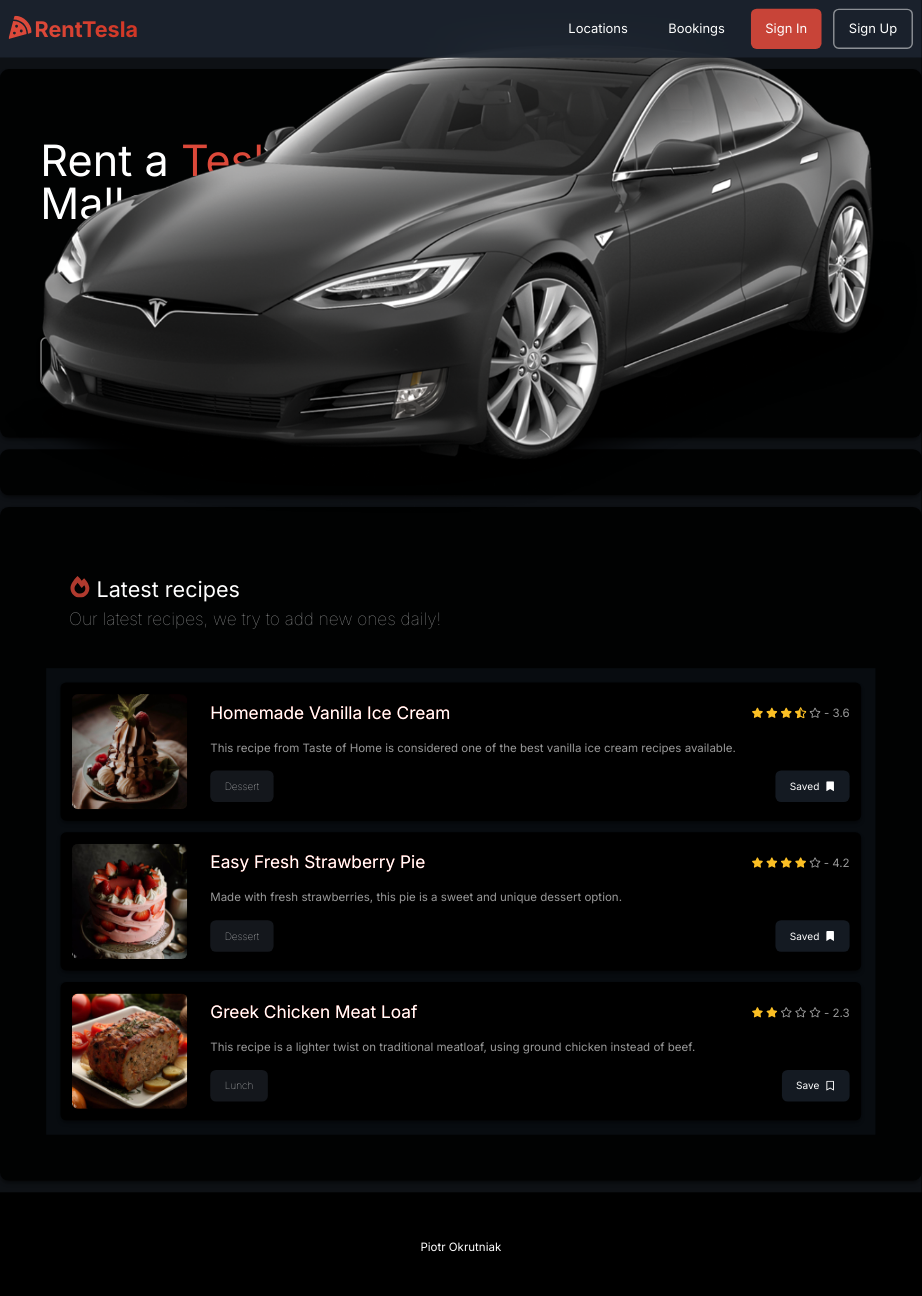
Repository: piotrokrutniak/RentallApp.UI
Page: /
These files come from the project's save history. The page is drawn as it stood at one moment and after the next save; the edit follows.
The browser window is 1280 px wide. The pictures show the whole page, at 72% of full size.
The project was rebuilt for these pictures with package versions that can differ from the ones it lists, and the page was loaded fresh each time. The framework's server and built-in components were replaced by stand-ins that run in the browser. Also part of the build but not shown: next.config.js.

Above is the page before, as saved 2023-10-05 21:07:45.

### src/app/layout.tsx
import './globals.css'
import type { Metadata } from 'next'
import { Inter } from 'next/font/google'
import NavBar from './components/navbar/navbar'
import Footbar from './components/footbar/footbar'

const inter = Inter({ subsets: ['latin'] })

export const metadata: Metadata = {
  title: 'Recipefy',
  description: 'Website with the tastiest recipes!',
}

export default function RootLayout({
  children,
}: {
  children: React.ReactNode
}) {
  return (
    <html lang="en">
      <body className={`${inter.className} bg-black`}>
        <div className="bg-slate-600/20 min-h-screen pb-4">
        <NavBar/>
        {children}
        </div>
        <Footbar/>
      </body>
    </html>
  )
}

### src/app/page.tsx
import Image, { StaticImageData } from 'next/image'
import { FaMugHot, FaCookieBite, FaHamburger, FaFireAlt, FaBookmark, FaRegBookmark } from 'react-icons/fa'
import CookingSvg from './components/svgComponents/CookingSvg'
import Rating from './components/generic/rating'
import Button from './components/generic/button'
import tesla from '../../public/media/tesla-mirrored.png'
import lunch from '../../public/media/lunch.jpg'
import dessert from '../../public/media/dessert.jpg'
import strawberryCake from '../../public/media/recipes/strawberryCake.jpg'
import greekMeatLoaf from '../../public/media/recipes/greekMeatLoaf.jpg'
import vanillaIceCream from '../../public/media/recipes/vanillaIceCream.jpg'
import { useState } from 'react'
import { RecipeListing } from './components/generic/recipeListing'
import { Input } from 'postcss'
import SearchBar from './components/generic/searchBar'

export default function Home() {
  return (
    <main className="flex flex-col m-auto gap-4">
      <section id="header-section" className='max-w-7xl bg-black/90 m-auto w-full px-14 py-8 rounded-xl mt-4 shadow-md shadow-black/40'>
        <div className="sm:p-8 pb-14 flex justify-between">

        </div>
        <div className='w-full flex justify-between'>
          <div className="flex flex-col gap-10 justify-between pb-10 text-white">
          <h1 className="text-5xl md:text-6xl"> Rent a <span className="text-vermilion-400">Tesla</span> on Mallorca. </h1>
          <Button className="w-fit py-4 rounded-lg shadow-md shadow-black hover:bg-vermilion-500 bg-transparent capitalize border-white/50 hover:border-vermilion-500 border-2 text-2xl">
            Book Now
          </Button>
          </div>
          <div className="relative w-full h-96 left-0 flex gap-10 pt-3 overflow-x-auto m-auto justify-around select-none pb-10">
              <Image src={tesla} layout="fill" objectFit="contain" alt="Breakfast Photo" className="h-96 group-hover:opacity-50"/>
          </div>
        </div>
      </section>

      <section id="searchbar-section" className='max-w-7xl bg-black/90 px-7 m-auto w-full p-8 sm:px-16 rounded-xl shadow-md shadow-black/40 flex-col'>
        <Image src={tesla} layout="fill" objectFit="contain" alt="Breakfast Photo" className="h-96 group-hover:opacity-50"/>
      </section>

      <section id="top-picks-section" className='max-w-7xl bg-black/90 m-auto w-full sm:p-8 rounded-xl shadow-md shadow-black/40 flex-col'>
        <div className="lg:p-8 pb-14 flex flex-col gap-5">
          <div className="p-8">
            <h1 className="text-3xl text-white flex gap-2 pb-2" > <FaFireAlt className="opacity-80 fill-vermilion-400"/> Latest recipes</h1>
            <p className="text-2xl font-thin text-white/60 flex gap-2" > Our latest recipes, we try to add new ones daily!</p>
          </div>
          <div className="w-full h-fit p-5 bg-slate-800/25 flex flex-col gap-4">
            <RecipeListing title="Homemade Vanilla Ice Cream"
              desc="This recipe from Taste of Home is considered one of the best vanilla ice cream recipes available."
              image={vanillaIceCream}
              rating={3.6}
              saved={true}
              tags={["Dessert"]}/>
            <RecipeListing title="Easy Fresh Strawberry Pie"
              desc="Made with fresh strawberries, this pie is a sweet and unique dessert option."
              image={strawberryCake}
              rating={4.2}
              saved={true}
              tags={["Dessert"]}/>
            <RecipeListing title="Greek Chicken Meat Loaf"
              desc="This recipe is a lighter twist on traditional meatloaf, using ground chicken instead of beef."
              image={greekMeatLoaf}
              rating={2.3}
              saved={false}
              tags={["Lunch"]}/>
          </div>
        </div>
      </section>
    </main>
  )
}

### src/app/globals.css
@tailwind base;
@tailwind components;
@tailwind utilities;

:root {}

@media (prefers-color-scheme: dark) {
  :root {}
}

body {}

### src/app/components/navbar/navbar.tsx
"use client"

import { FaPizzaSlice, FaBars } from "react-icons/fa"
import { BsX } from "react-icons/bs"
import Button from "../generic/button"
import { useState } from "react"
import Link from "next/link"


export default function NavBar(){
    const [showMobile, setShowMobile] = useState(false)

    return(
        <div className="bg-black/80 sticky top-0 z-20 backdrop-blur-xl">
            <div className="w-full flex bg-slate-700/50 ">
                <div className="p-3 m-auto w-full flex max-w-7xl justify-between items-center">
                    <Link href="/">
                    <div className="flex gap-1 h-fit select-none cursor-pointer active:opacity-80 hover:border-b-2 hover:pb-1 active:pb-0
                            border-opacity-0 border-vermilion-400 hover:border-opacity-100 border-b-0 transition-all">
                        <FaPizzaSlice className="h-full w-8 fill-vermilion-400"/>
                        <h1 className="text-3xl font-bold text-transparent bg-clip-text bg-gradient-to-r from-vermilion-400 to-vermilion-500">RentTesla</h1>
                    </div>
                    </Link>
                    <div className="hidden text-lg gap-4 md:flex">
                        <Button className="text-white bg-transparent active:bg-slate-100/5 hover:bg-slate-100/5 shadow-black/40 hover:shadow-md"
                            onClick={undefined}>
                            Locations
                        </Button>
                        <Button className="text-white bg-transparent active:bg-slate-100/5 hover:bg-slate-100/5 shadow-black/40 hover:shadow-md"
                            onClick={undefined}>
                            Bookings
                        </Button>
                        <Button className="text-white bg-vermilion-400 shadow-black/40 hover:shadow-md"
                            onClick={undefined}>
                            Sign In
                        </Button>
                        <Button className="text-white bg-transparent capitalize border-2 border-white/50 hover:border-vermilion-400 hover:text-vermilion-400
                            active:opacity-80 shadow-black/40 hover:shadow-md"
                            onClick={undefined}>
                            Sign Up
                        </Button>
                    </div>
                    <div className="md:hidden">
                        <FaBars className="h-10 w-10 fill-white cursor-pointer hover:fill-vermilion-400 active:opacity-80" onClick={() => setShowMobile(true)}/>
                    </div>
                    <div className={`${showMobile ? "" : "translate-x-full"} absolute w-screen h-screen bg-black left-0 top-0 md:hidden transition-all z-50 ease-in-out`}>
                    <div id="mobile-header" className="flex flex-row-reverse w-full">
                        <BsX className="fill-white w-16 h-16 cursor-pointer hover:fill-vermilion-400" onClick={() => setShowMobile(false)}/>
                    </div>
                    <div id="mobile-body">XDDDDDDDDDDDDDDDDD</div>
                    </div>
                </div>
            </div>
        </div>
    )
}

### src/app/components/footbar/footbar.tsx
export default function Footbar(){
    return(
        <div className="w-full h-20 bg-black mt-16 text-center text-white">
            Piotr Okrutniak
        </div>
    )
}

### src/app/components/generic/button.tsx
import { MouseEventHandler } from "react";

export default function Button({ children, className, onClick, disabled } : { children: React.ReactNode, className: string, onClick: undefined | MouseEventHandler<HTMLButtonElement>, disabled?: boolean }){
    return(
        <button className={`${className} px-5 py-3 rounded-lg bg-blue-500 bg-opacity-90 active:bg-opacity-80 hover:bg-opacity-100 cursor-pointer transition-all flex items-center gap-2 place-items-center`}
            onClick={onClick}
            disabled={disabled}>
            {children}
        </button>
    )
}

### src/app/components/generic/recipeListing.tsx
"use client";
import Image, { StaticImageData } from "next/image"
import Rating from "./rating"
import Button from "./button"
import { FaMugHot, FaCookieBite, FaHamburger, FaFireAlt, FaBookmark, FaRegBookmark } from 'react-icons/fa'
import { useState } from "react"

export function RecipeListing({rating = 0, title, desc, tags, image, saved,}:
    {rating: number | undefined, title: string | undefined, desc: string | undefined, tags: string[], image: StaticImageData | string, saved: boolean }){
      const [isSaved, setSaved] = useState(saved)

      return(
        <div className="w-full p-4 md:h-48 bg-black hover:bg-slate-500/20 rounded-lg shadow-md shadow-black/40 flex flex-col md:flex-row md:justify-between gap-8 items-center text-white group">
          <div className='h-64 w-full md:w-40 md:h-40 shrink-0 rounded-lg overflow-hidden relative cursor-pointer'>
            <Image src={image} layout="fill" objectFit="cover" alt="Breakfast Photo"/>
          </div>
          <div className="h-fit w-full items-center">
            <div className="flex justify-between items-center">
              <h1 className="text-2xl cursor-pointer bg-clip-text hover:text-transparent bg-gradient-to-r from-vermilion-500 to-vermilion-400">{title ?? "Recipe Name"}</h1>
              <Rating rating={rating}/>
            </div>
            <div className="flex justify-between items-center pt-5">
              <p className="text-white/60">{desc ?? "Description"}</p>
            </div>
            <div className="flex justify-between items-center pt-5">
              {tags.map(x => <Button className="bg-slate-500/20 hover:bg-slate-500/40 text-sm font-thin py-1" onClick={undefined}>{x}</Button>)}
              <Button className="bg-slate-700/40 hover:bg-vermilion-500/90 active:opacity-80 text-sm font-normal py-1 transition-all flex items-center gap-2"
                onClick={() => setSaved(x => !x)}>
                {isSaved ? <>Saved <FaBookmark/></> : <>Save <FaRegBookmark/></>}
                </Button>
            </div>
          </div>
        </div>
      )
  }

### src/app/components/generic/rating.tsx
import { FaStar, FaStarHalf, FaStarHalfAlt, FaRegStar} from 'react-icons/fa'
import { IconType } from 'react-icons'

export default function Rating({rating = 0,}: {rating: number | undefined | void}){
    const defaultRating: boolean[] = [false, false, false, false, false]

    const initRating: number = rating

    const ratings: React.JSX.Element[] = []

    for(let i: number = 0; i < 5; i++){
        rating >= 1 ?  ratings.push(<Star filled={true}/>) : ratings.push(rating >= 0.5 ? <HalfStar/> : <Star filled={false}/>)
        rating -= 1;
    }



    return(
        <div className="flex gap-1 items-center shrink-0 text-white/60">
            {ratings} - {initRating}
        </div>
    )
}

function Star({filled = false,}: {filled: boolean}){
    return filled ? <FaStar className="fill-amber-400"/> : <FaRegStar/>
}

function HalfStar(){
    return <FaStarHalfAlt className="fill-amber-400"/>
}

### tailwind.config.js
/** @type {import('tailwindcss').Config} */
module.exports = {
  content: [
    './src/pages/**/*.{js,ts,jsx,tsx,mdx}',
    './src/components/**/*.{js,ts,jsx,tsx,mdx}',
    './src/app/**/*.{js,ts,jsx,tsx,mdx}',
  ],
  theme: {
    extend: {
      backgroundImage: {
        'gradient-radial': 'radial-gradient(var(--tw-gradient-stops))',
        'gradient-conic':
          'conic-gradient(from 180deg at 50% 50%, var(--tw-gradient-stops))',
      },
      height:{
        '112': '28rem',
        '128': '32rem',
      },
      width:{
        '112': '28rem',
        '128': '32rem',
      },
      colors:{
        "emerald":{
          "50": "#b0fde8",
          "100": "#60FBD2",
          "200": "#24F9C1",
          "400": "#06EFB1",
          "500": "#06d6a0",
        },
        "paygray":{
          "50": "#CED9DE",
          "100": "#aabcc5",
          "200": "#7996A4",
          "400": "#638292",
          "500": "#5A7684",
        },
        "vermilion":{
          "50": "#f0afa8",
          "100": "#ea8f85",
          "200": "#E06052",
          "400": "#dc493a",
          "500": "#d03625",
        },

      },
      minWidth:{
        'mobile': '360px',
        '54': '258px',
      },
      screens:{
        'xs': '580px',
        '850': '850px',
      },
    },
  },
  plugins: [],
}

After the next save:
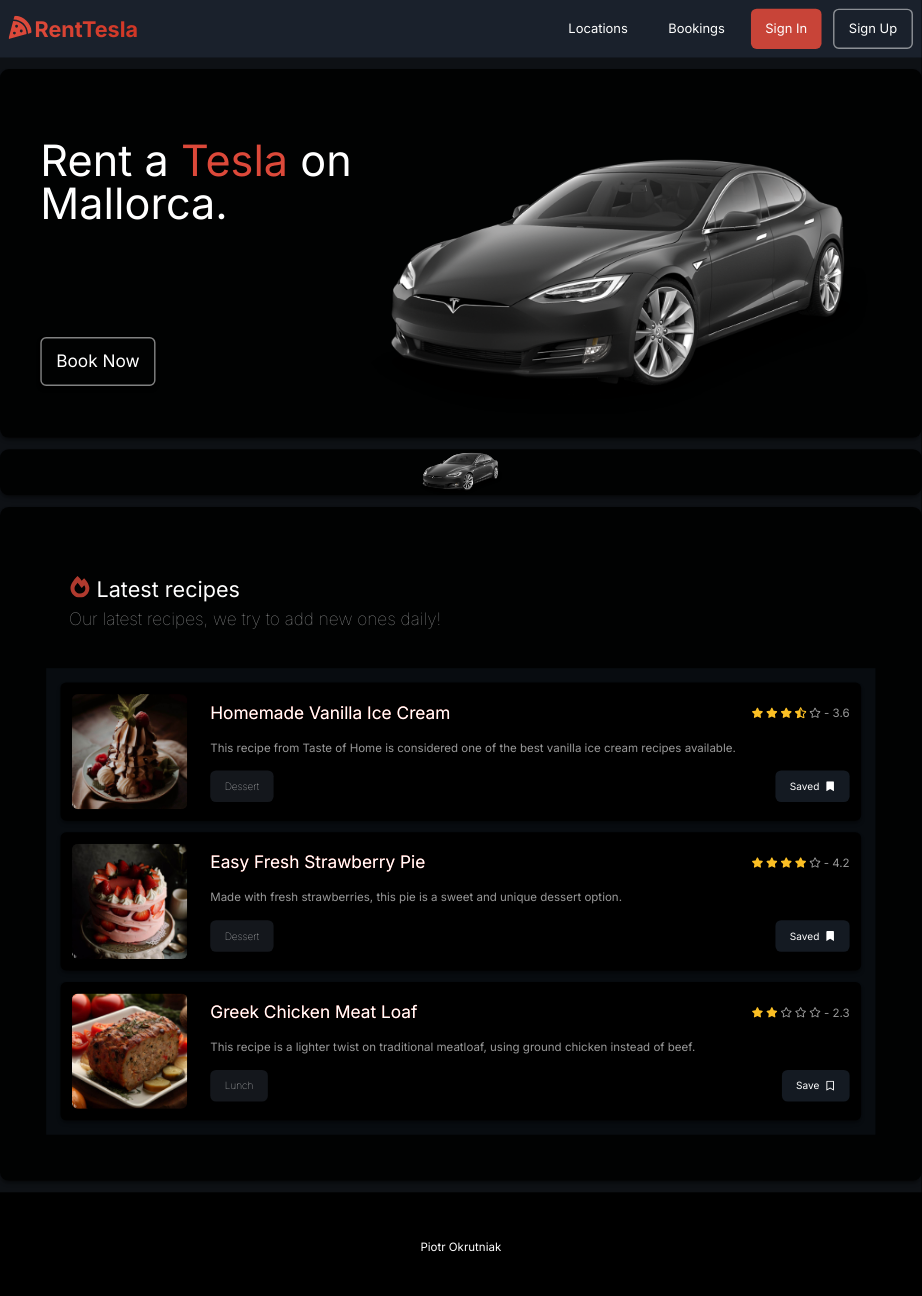
Saved 6 s later.
--- a/src/app/page.tsx
+++ b/src/app/page.tsx
@@ -34,7 +34,7 @@
         </div>
       </section>
 
-      <section id="searchbar-section" className='max-w-7xl bg-black/90 px-7 m-auto w-full p-8 sm:px-16 rounded-xl shadow-md shadow-black/40 flex-col'>
+      <section id="searchbar-section" className='max-w-7xl relative bg-black/90 px-7 m-auto w-full p-8 sm:px-16 rounded-xl shadow-md shadow-black/40 flex-col'>
         <Image src={tesla} layout="fill" objectFit="contain" alt="Breakfast Photo" className="h-96 group-hover:opacity-50"/>
       </section>
 
